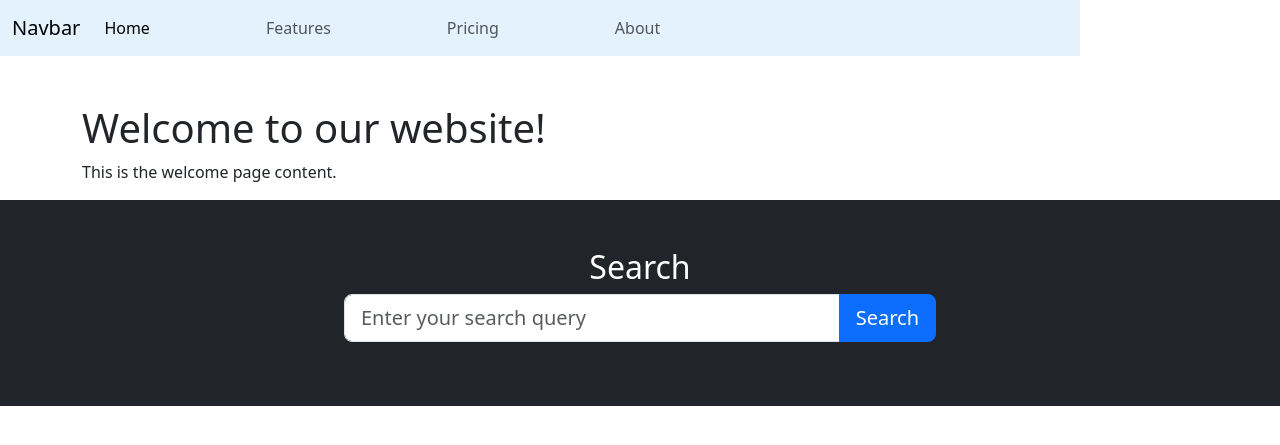
Repository: gyfffffff/meishimeike_test
Page: meishimeike/hello.html
The author's editor kept a copy of each file at every save. The page is drawn from the files as they stood at one save, then again after the next save.
The browser window is 1280 px wide. The pictures show the whole page.

Above is the page before, as saved 2023-07-13 10:48:58.

After the next save:
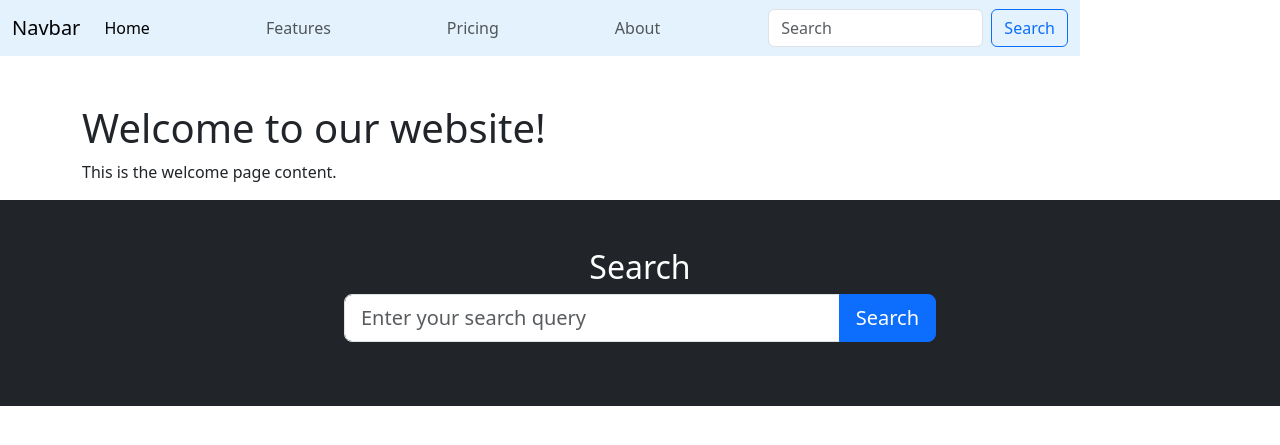
Saved 50 s later.
--- a/meishimeike/hello.html
+++ b/meishimeike/hello.html
@@ -44,10 +44,10 @@
                         <a class="nav-link" href="#">About</a>
                     </li>
                 </ul>
-                <!-- <form class="d-flex" role="search">
+                <form class="d-flex" role="search">
                     <input class="form-control me-2" type="search" placeholder="Search" aria-label="Search">
                     <button class="btn btn-outline-primary" type="submit">Search</button>
-                </form> -->
+                </form>
             </div>
         </div>
     </nav>
